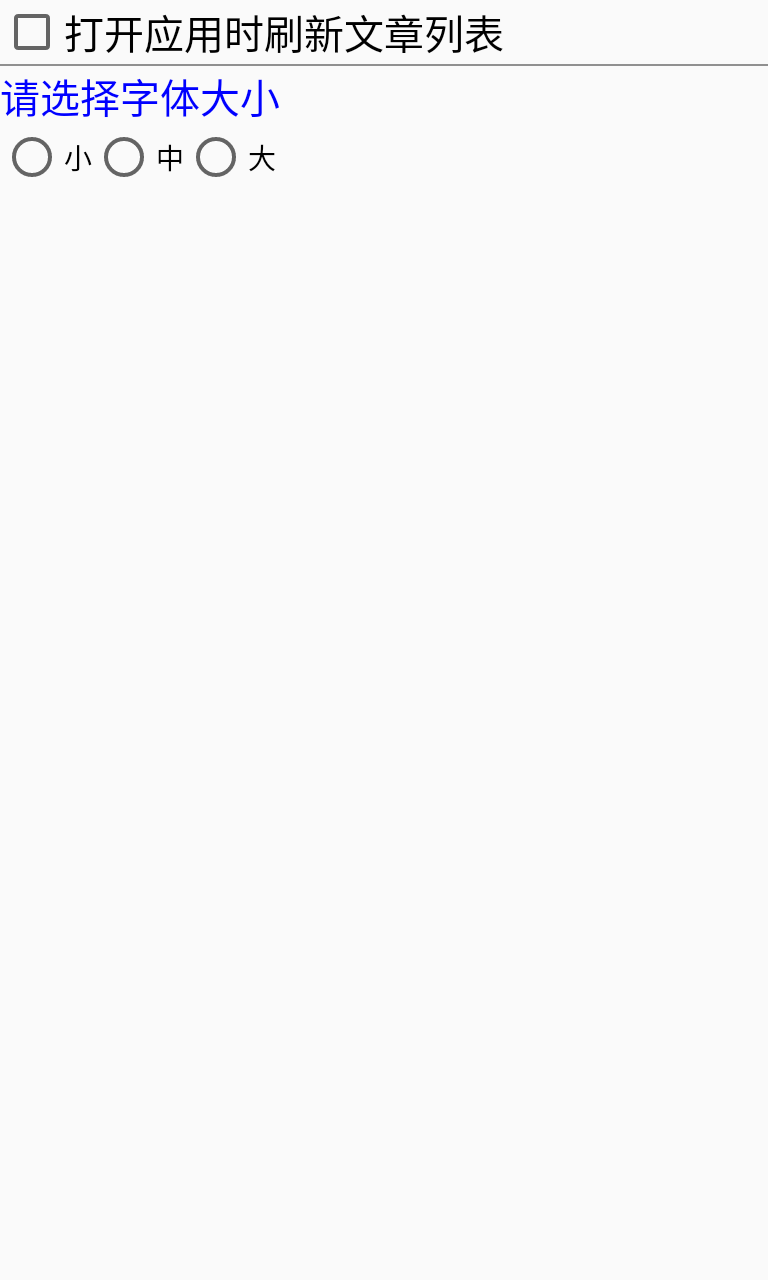
Repository: xdrush/MyRssReader
Layout: MyRssReader/res/layout/setting_show.xml
The author's editor kept a copy of each file at every save. The layout is drawn from the files as they stood at one save, then again after the next save.
It is drawn on a 768 x 1280 px phone screen (xhdpi) without system bars, with theme AppTheme; the app's code is not run.

Above is the layout before, as saved 2015-07-29 04:21:35.

### MyRssReader/res/layout/setting_show.xml
<?xml version="1.0" encoding="utf-8"?>
<LinearLayout xmlns:android="http://schemas.android.com/apk/res/android"
    android:layout_width="wrap_content"
    android:layout_height="wrap_content"
    android:orientation="vertical" >

    <RelativeLayout
        android:layout_width="fill_parent"
        android:layout_height="wrap_content"
        android:gravity="left" >

        <CheckBox
    		android:id="@+id/checkbox1"
    		android:layout_height="wrap_content"
    		android:layout_width="wrap_content"
    		android:text="打开应用时刷新文章列表"
    		android:textSize="9pt" />
    </RelativeLayout>

    <View
        android:layout_width="fill_parent"
        android:layout_height="1dip"
        android:background="#FF909090" />

    <LinearLayout
    	android:orientation="vertical"
        android:layout_width="fill_parent"
        android:layout_height="wrap_content"
        android:gravity="left" >

        <TextView
      		android:layout_width="fill_parent"
      		android:layout_height="wrap_content"
     		android:text="请选择字体大小"
     		android:textSize="9pt"
     		android:textColor="#0000FF" />

		<RadioGroup
			android:id="@+id/text_size"
			android:layout_height="wrap_content"
			android:layout_width="fill_parent"
			android:orientation="horizontal" >

			<RadioButton
                android:id="@+id/text_small"
                android:layout_height="wrap_content"
                android:layout_width="wrap_content"
                android:text="小" ></RadioButton>
            <RadioButton
                android:id="@+id/text_medium"
                android:layout_height="wrap_content"
                android:layout_width="wrap_content"
                android:text="中" ></RadioButton>
            <RadioButton
                android:id="@+id/text_big"
                android:layout_height="wrap_content"
                android:layout_width="wrap_content"
                android:text="大" ></RadioButton>
		</RadioGroup>
    </LinearLayout>

</LinearLayout>

Loaded but not shown: MyRssReader/res/values/styles.xml (common file); MyRssReader/res/values-v11/styles.xml (common file); MyRssReader/res/values-v14/styles.xml (common file)

After the next save:
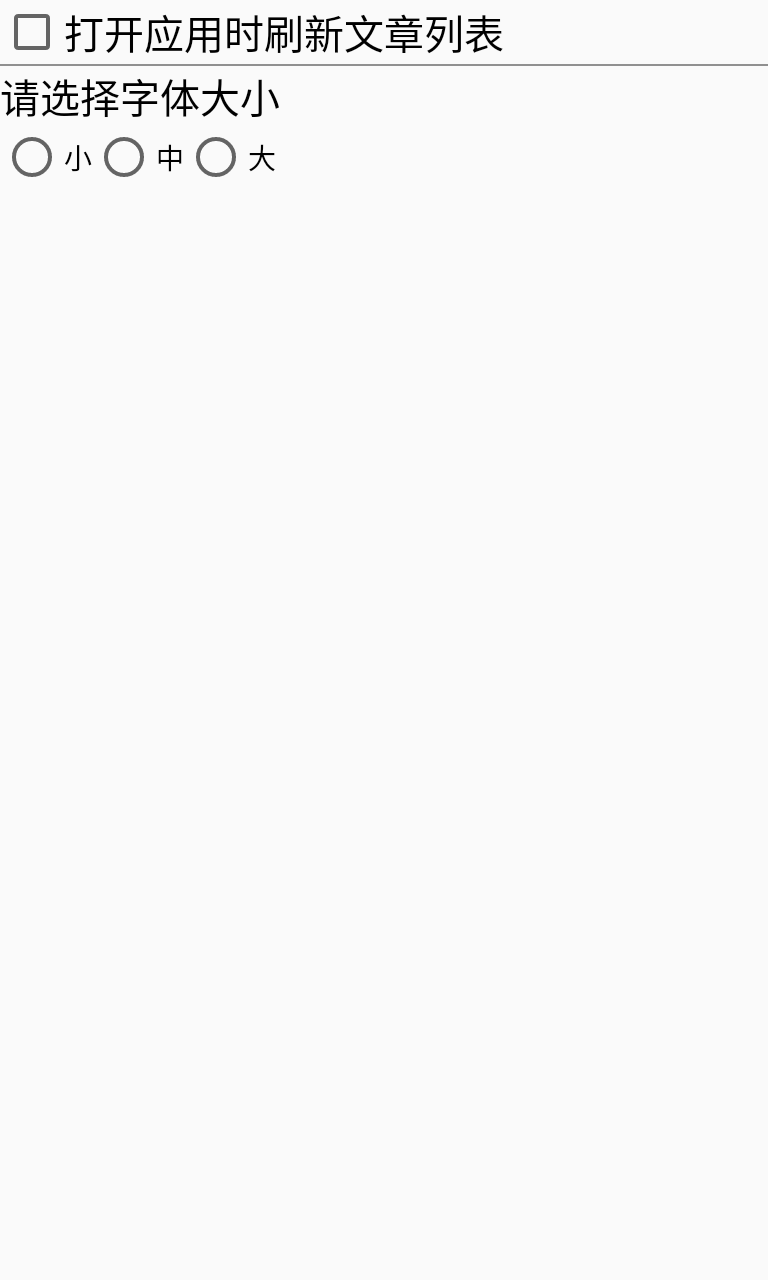
Saved 42 s later.
--- a/MyRssReader/res/layout/setting_show.xml
+++ b/MyRssReader/res/layout/setting_show.xml
@@ -33,7 +33,7 @@
       		android:layout_height="wrap_content"
      		android:text="请选择字体大小"
      		android:textSize="9pt"
-     		android:textColor="#0000FF" />
+     		android:textColor="#000000" />
 
 		<RadioGroup
 			android:id="@+id/text_size"
